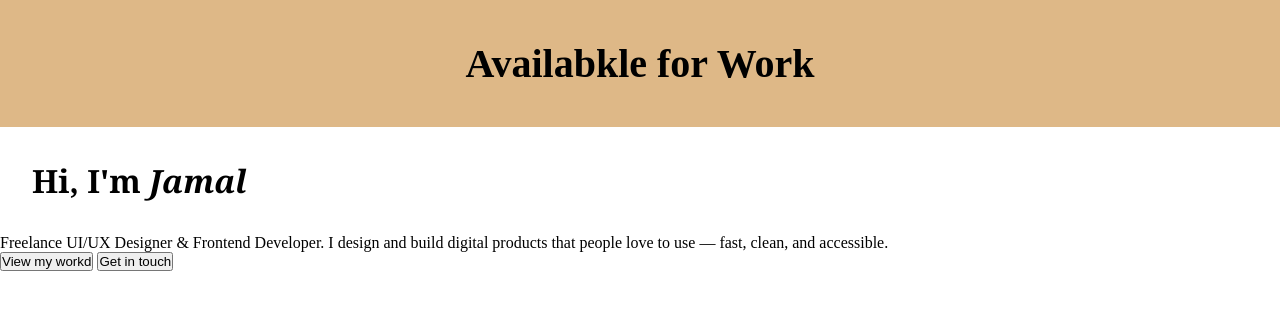
Repository: jamalissef-glitch/exercise1-JS
Page: Exercise33/index.html
An editor plug-in stored every save of this project. The page is shown before and after the next save, followed by the edit.
The browser window is 1280 px wide. The pictures show the whole page.

Above is the page before, as saved 2026-07-14 17:40:34.

After the next save:
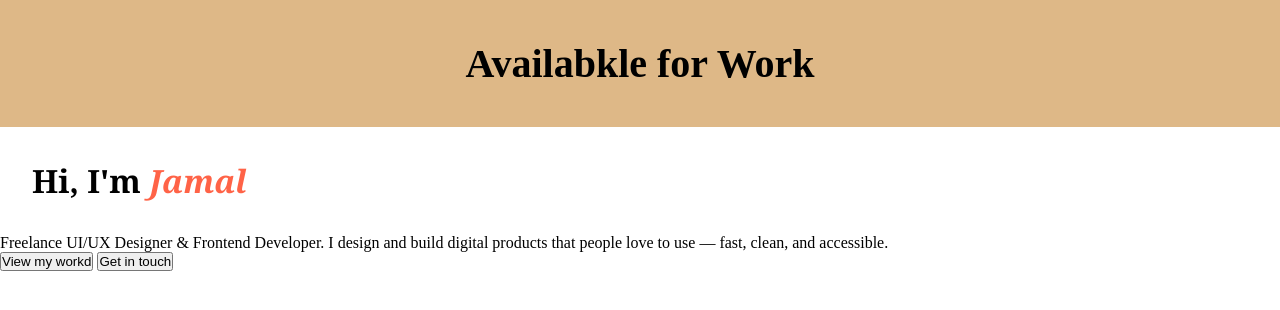
Saved 25 s later.
--- a/Exercise33/index.html
+++ b/Exercise33/index.html
@@ -26,7 +26,10 @@
   padding: 2rem;
   font-family: Georgia, 'Times New Roman', Times, serif;
   font-size: 2rem;
-  back
+ }
+
+ #head em {
+  color: tomato;
  }
 </style>
 
